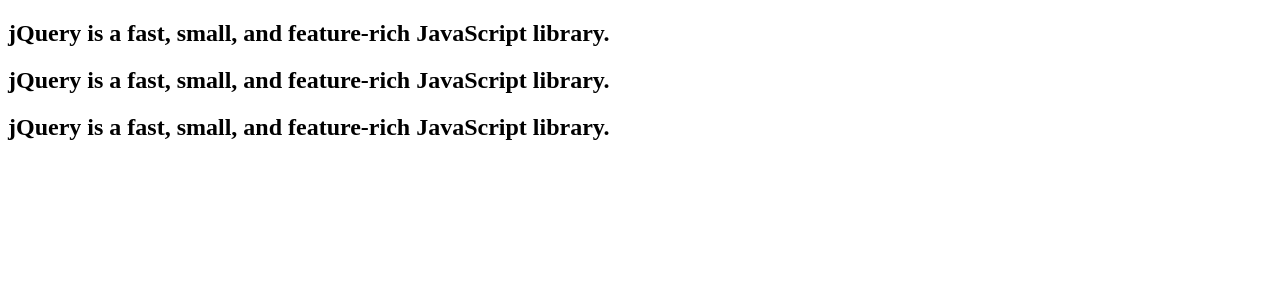
Repository: Migorithm/front_work
Page: front05_JQuery/src/main/webapp/3_event/jq04_bind.html
These files come from the project's save history. The page is drawn as it stood at one moment and after the next save; the edit follows.
The browser window is 1280 px wide. The pictures show the whole page.
After loading, the first visible `h2` was clicked once.

Above is the page before, as saved 2021-09-03 06:28:32.

### front05_JQuery/src/main/webapp/3_event/jq04_bind.html
<!DOCTYPE html>
<html>
<head>
<meta charset="UTF-8">
<title>bind() :: 이벤트를 묶는 기능 - 클릭이벤트 묶기</title>
<style type="text/css"></style>
</head>

<script src="https://ajax.googleapis.com/ajax/libs/jquery/3.6.0/jquery.min.js"></script>
<script>
	$(function(){
		$('h2').bind('click',function(){

		})

		});
</script>


<body>
	<h2>jQuery is a fast, small, and feature-rich JavaScript library.</h2>
	<h2>jQuery is a fast, small, and feature-rich JavaScript library.</h2>
	<h2>jQuery is a fast, small, and feature-rich JavaScript library.</h2>
</body>
</html>

After the next save:
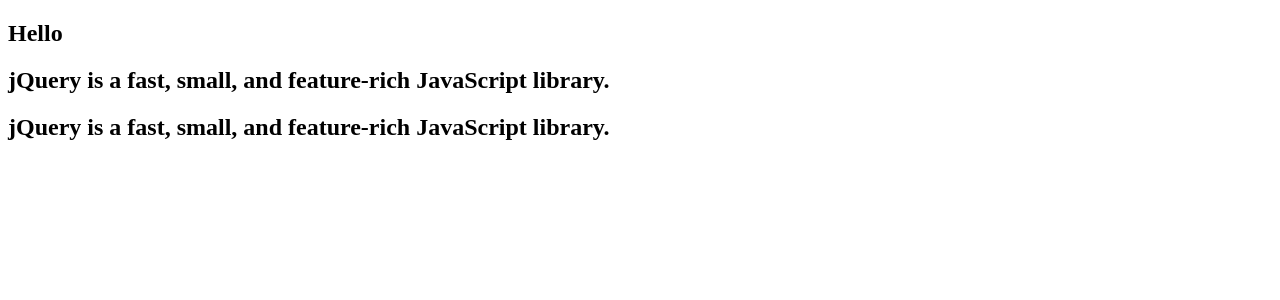
Saved 94 s later.
--- a/front05_JQuery/src/main/webapp/3_event/jq04_bind.html
+++ b/front05_JQuery/src/main/webapp/3_event/jq04_bind.html
@@ -9,8 +9,8 @@
 <script src="https://ajax.googleapis.com/ajax/libs/jquery/3.6.0/jquery.min.js"></script>
 <script>
 	$(function(){
-		$('h2').bind('click',function(){
-
+		$('h2').bind('click',function(){ //클릭이벤트를 묶었다.
+			$('h2:eq(0)').html("Hello");
 		})
 
 		});

After the 2 saves that followed:
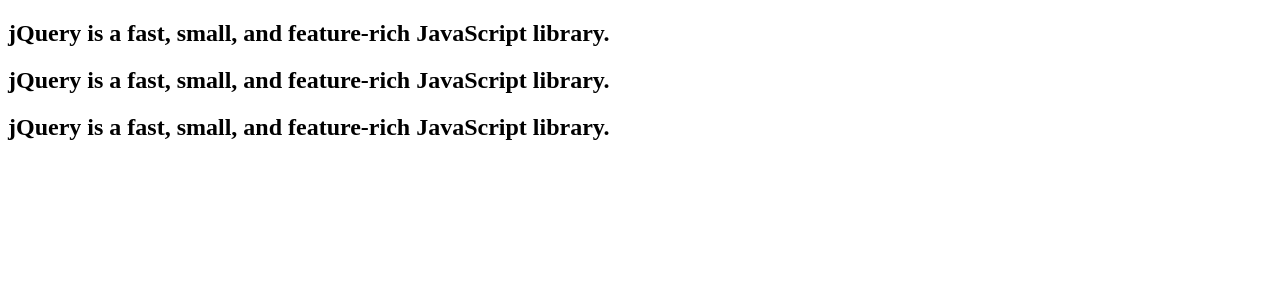
Console error: TypeError: $(...).html(...).append is not a function
The 2 saves are shown as one change because 1 left the picture as it was.
The last was saved 4 min 40 s later.
--- a/front05_JQuery/src/main/webapp/3_event/jq04_bind.html
+++ b/front05_JQuery/src/main/webapp/3_event/jq04_bind.html
@@ -10,7 +10,8 @@
 <script>
 	$(function(){
 		$('h2').bind('click',function(){ //클릭이벤트를 묶었다.
-			$('h2:eq(0)').html("Hello");
+			//클릭이벤트가 적용되는 h2자기 자신을 참조하기 위해 $(this)
+			$(this).html().append("hello")
 		})
 
 		});
